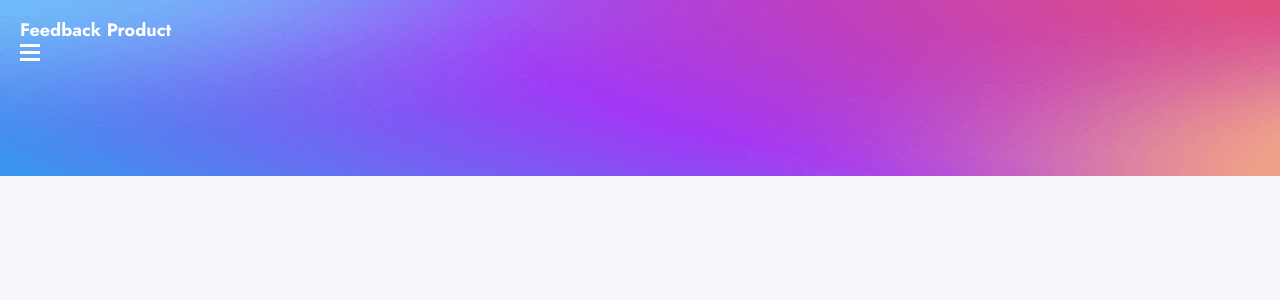
Repository: KornelJanczak/product-feedback-app
Page: /
The author's editor kept a copy of each file at every save. The page is drawn from the files as they stood at one save, then again after a run of saves.
The browser window is 1280 px wide. The pictures show the whole page.
The page's requests for data from a server got no answer. The project was rebuilt for these pictures with package versions that can differ from the ones it lists, and the page was loaded fresh each time. The framework's server and built-in components were replaced by stand-ins that run in the browser. No one was signed in, and anything a server would have sent is missing. Also part of the build but not shown: next.config.js, next.config.mjs.

Above is the page before, as saved 2024-01-29 18:32:35.

### app/layout.tsx
import type { Metadata } from "next";
import { Jost } from "next/font/google";
import { Toaster } from "sonner";
import "./globals.css";
import { authOptions } from "@/app/api/auth/[...nextauth]/options";
import { getServerSession } from "next-auth";
import AuthProvider from "@/providers/session-provider";

export const jost = Jost({
  subsets: ["latin"],
});

export const metadata: Metadata = {
  title: "Product Feedback",
  description: "Create your own section!",
};

export default async function RootLayout({
  children,
}: Readonly<{
  children: React.ReactNode;
}>) {
  const session = await getServerSession(authOptions);

  return (
    <html lang="en">
      <body
        className={`${jost.className} bg-darkWhite`}
        suppressHydrationWarning={true}
      >
        <AuthProvider session={session}>
          <Toaster position="top-center" />
          {children}
        </AuthProvider>
      </body>
    </html>
  );
}

### app/(content)/layout.tsx
import { ReactNode } from "react";
import Nav from "./_components/nav";

export default function Layout({ children }: { children: ReactNode }) {
  return (
    <>
      <Nav />
      {children}
    </>
  );
}

### app/globals.css
@tailwind base;
@tailwind components;
@tailwind utilities;

* {
  margin: 0;
  padding: 0;
}

@layer base {
  :root {
    --background: 0 0% 100%;
    --foreground: 222.2 84% 4.9%;

    --card: 0 0% 100%;
    --card-foreground: 222.2 84% 4.9%;

    --popover: 0 0% 100%;
    --popover-foreground: 222.2 84% 4.9%;

    --primary: 222.2 47.4% 11.2%;
    --primary-foreground: 210 40% 98%;

    --secondary: 210 40% 96.1%;
    --secondary-foreground: 222.2 47.4% 11.2%;

    --muted: 210 40% 96.1%;
    --muted-foreground: 215.4 16.3% 46.9%;

    --accent: 210 40% 96.1%;
    --accent-foreground: 222.2 47.4% 11.2%;

    --destructive: 0 84.2% 60.2%;
    --destructive-foreground: 210 40% 98%;

    --border: 214.3 31.8% 91.4%;
    --input: 214.3 31.8% 91.4%;
    --ring: 222.2 84% 4.9%;

    --radius: 0.5rem;
  }

  .dark {
    --background: 222.2 84% 4.9%;
    --foreground: 210 40% 98%;

    --card: 222.2 84% 4.9%;
    --card-foreground: 210 40% 98%;

    --popover: 222.2 84% 4.9%;
    --popover-foreground: 210 40% 98%;

    --primary: 210 40% 98%;
    --primary-foreground: 222.2 47.4% 11.2%;

    --secondary: 217.2 32.6% 17.5%;
    --secondary-foreground: 210 40% 98%;

    --muted: 217.2 32.6% 17.5%;
    --muted-foreground: 215 20.2% 65.1%;

    --accent: 217.2 32.6% 17.5%;
    --accent-foreground: 210 40% 98%;

    --destructive: 0 62.8% 30.6%;
    --destructive-foreground: 210 40% 98%;

    --border: 217.2 32.6% 17.5%;
    --input: 217.2 32.6% 17.5%;
    --ring: 212.7 26.8% 83.9%;
  }
}

@layer base {
  * {
    @apply border-border;
  }
  body {
    @apply bg-background text-foreground;
  }
}

### app/api/auth/[...nextauth]/options.ts
import NextAuth, { NextAuthOptions } from "next-auth";
import GithubProvider from "next-auth/providers/github";
import CredentialsProvider from "next-auth/providers/credentials";
import { PrismaAdapter } from "@next-auth/prisma-adapter";
import bcryptjs from "bcryptjs";
import prisma from "@/lib/db";

export const authOptions: NextAuthOptions = {
  adapter: PrismaAdapter(prisma),
  session: {
    strategy: "jwt",
  },
  secret: process.env.NEXTAUTH_SECRET,
  pages: {
    signIn: "/login",
  },
  providers: [
    GithubProvider({
      clientId: process.env.GITHUB_ID as string,
      clientSecret: process.env.GITHUB_SECRET as string,
    }),
    CredentialsProvider({
      name: "credentials",
      credentials: {},
      async authorize(credentials) {
        try {
          const { email, password } = credentials as {
            email: string;
            password: string;
          };

          console.log(email, password);
          const user = await prisma?.user.findFirst({
            where: {
              email,
            },
          });

          if (!user) return null;

          const passwordMatch = await bcryptjs.compare(
            password,
            user.password as string
          );

          if (!passwordMatch) return null;

          return user;
        } catch {
          return null;
        }
      },
    }),
  ],
  callbacks: {
    async signIn({ user, account }) {
      if (account?.provider == "credentials") return user;

      if (account?.provider === "github") {
        try {
          const existingUser = await prisma.user.findFirst({
            where: {
              email: user.email as string,
            },
          });

          if (existingUser) return existingUser;

          const newUser = await prisma.user.create({
            data: {
              userName: user.name!,
              email: user.email!,
            },
          });

          return newUser as any;
        } catch {
          return false;
        }
      }
    },
    async jwt({ token }) {
      const dbUser = await prisma.user.findFirst({
        where: {
          email: token.email as string,
        },
      });

      if (!dbUser) return token;

      return {
        id: dbUser.id,
        email: dbUser.email,
        name: dbUser.userName,
      };
    },

    async session({ token, session }) {
      if (token) {
        return {
          ...session,
          user: {
            email: token.email,
            name: token.name,
            id: token.id,
          },
        };
      }
      return session;
    },
    async redirect({ url, baseUrl }) {
      // if (url.startsWith("/")) return `${baseUrl}`;
      // // Allows callback URLs on the same origin
      // else if (new URL(url).origin === baseUrl) return baseUrl;
      // return baseUrl;
      return "/";
    },
  },
};

export default NextAuth(authOptions);

### providers/session-provider.tsx
"use client";
import { SessionProvider } from "next-auth/react";
import { ReactNode } from "react";
export default function AuthProvider({
  children,
  session,
}: {
  children: ReactNode;
  session: any;
}) {
  return <SessionProvider session={session}>{children}</SessionProvider>;
}

### app/(content)/_components/nav.tsx
"use client";
import ResponsiveImage from "@/components/ui/responsive-image";
import IconHamburger from "@/public/icons/icon-hamburger";
import { useState } from "react";

export default function Nav() {
  const [mobileNav, setMobileNav] = useState<boolean>(false);
  return (
    <header className="text relative">
      <ResponsiveImage
        images={{
          desktop: "/assets/suggestions/desktop/background-header.png",
          mobile: "/assets/suggestions/mobile/background-header.png",
          tablet: "/assets/suggestions/tablet/background-header.png",
        }}
        pictureClassName="absolute w-full w-full sm:h-16"
        imgClassName="w-full h-16 sm:h-44"
        altText="Gradient image"
        width={340}
        height={72}
      />
      <div className="container z-10 absolute pt-4">
        <h2 className="text-lg font-bold text-basicWhite">Feedback Product</h2>
        <button
          className="border-0 bg-none"
          onClick={() => setMobileNav((nav) => !nav)}
        >
          <IconHamburger />
        </button>
      </div>
    </header>
  );
}

### components/ui/responsive-image.tsx
import Image from "next/image";

interface Data {
  images: {
    mobile?: string;
    tablet?: string;
    desktop: string;
  };
  altText: string;
  width: number;
  height: number;
  pictureClassName?: any | null | undefined;
  imgClassName?: any | null | undefined;
}

const ResponsiveImage = ({
  images,
  altText,
  width,
  height,
  pictureClassName,
  imgClassName,
}: Data) => {
  return (
    <picture className={pictureClassName}>
      <source media="(min-width: 1024px)" srcSet={images.desktop} />
      <source media="(min-width: 768px)" srcSet={images.tablet} />
      <source media="(min-width: 640px)" srcSet={images.mobile} />
      <Image
        src={images.desktop}
        alt={altText}
        width={width}
        height={height}
        className={imgClassName}
        loading="lazy"
      />
    </picture>
  );
};
export default ResponsiveImage;

### public/icons/icon-hamburger.tsx
export default function IconHamburger() {
  return (
    <svg width="20" height="17" xmlns="http://www.w3.org/2000/svg">
      <g fill="#FFF" fillRule="evenodd">
        <path d="M0 0h20v3H0zM0 7h20v3H0zM0 14h20v3H0z" />
      </g>
    </svg>
  );
}

### tailwind.config.ts
import type { Config } from "tailwindcss";

const config = {
  darkMode: ["class"],
  content: [
    "./pages/**/*.{ts,tsx}",
    "./components/**/*.{ts,tsx}",
    "./app/**/*.{ts,tsx}",
    "./src/**/*.{ts,tsx}",
  ],
  prefix: "",
  theme: {
    container: {
      center: true,
      padding: {
        DEFAULT: "1.25rem",
        sm: "1.25rem",
        md: "1.25rem",
        lg: "2,5rem",
        xl: "2,5rem",
        "2xl": "2,5rem",
      },
      screens: {
        default: "1400px",
        sm: "640px",
        md: "768px",
        lg: "1024px",
        xl: "1280",
        "2xl": "1400px",
      },
    },
    extend: {
      backgroundImage: {
        "header-mobile": "url('/assets/suggestions/mobile/background-header.png')",
        "header-desktop": "url('/assets/suggestions/desktop/background-header.png')",
        "header-tablet": "url('/assets/suggestions/tablet/background-header.png')",
      },
      colors: {
        border: "hsl(var(--border))",
        input: "hsl(var(--input))",
        ring: "hsl(var(--ring))",
        background: "hsl(var(--background))",
        foreground: "hsl(var(--foreground))",
        primary: {
          DEFAULT: "hsl(var(--primary))",
          foreground: "hsl(var(--primary-foreground))",
        },
        secondary: {
          DEFAULT: "hsl(var(--secondary))",
          foreground: "hsl(var(--secondary-foreground))",
        },
        destructive: {
          DEFAULT: "hsl(var(--destructive))",
          foreground: "hsl(var(--destructive-foreground))",
        },
        muted: {
          DEFAULT: "hsl(var(--muted))",
          foreground: "hsl(var(--muted-foreground))",
        },
        accent: {
          DEFAULT: "hsl(var(--accent))",
          foreground: "hsl(var(--accent-foreground))",
        },
        popover: {
          DEFAULT: "hsl(var(--popover))",
          foreground: "hsl(var(--popover-foreground))",
        },
        card: {
          DEFAULT: "hsl(var(--card))",
          foreground: "hsl(var(--card-foreground))",
        },
        pink: "#AD1EFA",
        blue: "#4661E6",
        lighterBlue: "#62BCFA",
        dark: "rgb(55, 63, 104)",
        secondDark: "#3A4374",
        grey: "#647196",
        orange: "#F49F85",
        basicWhite: "#ffffff",
        middleWhite: "#F2F4FF",
        darkWhite: "#F7F8FD",
      },
      borderRadius: {
        lg: "var(--radius)",
        md: "calc(var(--radius) - 2px)",
        sm: "calc(var(--radius) - 4px)",
      },
      keyframes: {
        "accordion-down": {
          from: { height: "0" },
          to: { height: "var(--radix-accordion-content-height)" },
        },
        "accordion-up": {
          from: { height: "var(--radix-accordion-content-height)" },
          to: { height: "0" },
        },
      },
      animation: {
        "accordion-down": "accordion-down 0.2s ease-out",
        "accordion-up": "accordion-up 0.2s ease-out",
      },
    },
  },
  plugins: [require("tailwindcss-animate")],
} satisfies Config;

export default config;

Loaded but not shown: app/(content)/page.tsx (common file); lib/db.ts (common file)

After the next 3 saves:
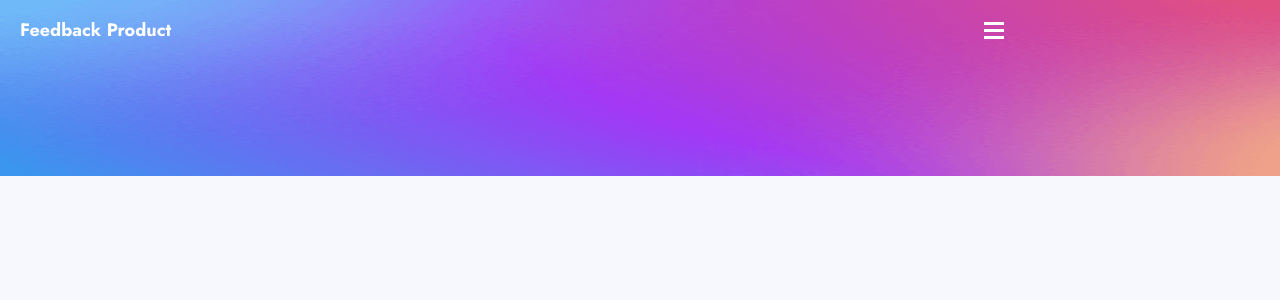
The 3 saves are shown as one change because they came seconds apart.
The last was saved 24 s later.
--- a/app/(content)/_components/nav.tsx
+++ b/app/(content)/_components/nav.tsx
@@ -19,7 +19,7 @@ export default function Nav() {
         width={340}
         height={72}
       />
-      <div className="container z-10 absolute pt-4">
+      <div className="container z-10 absolute pt-4 flex justify-between al">
         <h2 className="text-lg font-bold text-basicWhite">Feedback Product</h2>
         <button
           className="border-0 bg-none"
